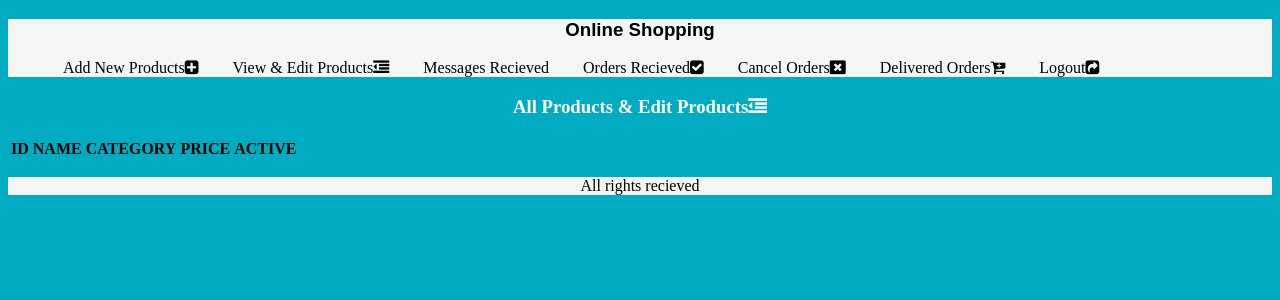
Repository: NidhiDaniel/E-Cart
Page: http://localhost/Online-Shopping-Cart/admin/product-view.jsp
These files come from the project's save history. The page is drawn as it stood at one moment and after the next save; the edit follows.
The browser window is 1280 px wide. The pictures show the whole page.
Some icons come from a web library that is not loaded, so they are not drawn. The page is served by Tomcat 9. Queries for data that is not in the repository find no rows.

Above is the page before, as saved 2024-01-06 04:47:36.

### Online-Shopping-Cart/src/main/webapp/admin/product-view.jsp
<%@page import="com.db.connection.DAOConnection"%>
<%@page import="java.sql.*"%>
<%@ page language="java" contentType="text/html; charset=ISO-8859-1"
	pageEncoding="ISO-8859-1"%>
<%@include file="adminheader.jsp"%>
<!DOCTYPE html>
<html>
<head>
<meta charset="ISO-8859-1">
<title>Insert title here</title>
</head>
<body>

	<h3 style="color: white; text-align: center;">All Products & Edit
		Products<i class="fa fa-outdent"></i></h3>
	<table>
		<tr>
			<th>ID</th>
			<th>NAME</th>
			<th>CATEGORY</th>
			<th>PRICE</th>
			<th>ACTIVE</th>
		</tr>
		<%
	try {
		String id = request.getParameter("id");
		Connection con = DAOConnection.getConnection();
		Statement stmt = con.createStatement();
		ResultSet rs = stmt.executeQuery("select * from product where id=" + id);
		while(rs.next()){%>
		<tr>
			<td><% rs.getInt(1);%></td>
			<td><% rs.getString(2);%></td>
			<td><% rs.getString(3);%></td>
			<td><% rs.getDouble(4);%></td>
			<td><% rs.getString(5);%></td>
		</tr>
		<%}
	} catch (Exception e) {

	}
	%>
	</table>

</body>
<%@include file="../footer.jsp"%>
</html>

### Online-Shopping-Cart/src/main/webapp/admin/adminheader.jsp
<%@ page language="java" contentType="text/html; charset=ISO-8859-1"
	pageEncoding="ISO-8859-1"%>
<!DOCTYPE html>
<html>
<head>
<meta charset="ISO-8859-1">
<title>Insert title here</title>
<link rel="stylesheet" type="text/css" href="../css/header.css">
<link rel="stylesheet" href="https://cdnjs.cloudflare.com/ajax/libs/font-awesome/4.7.0/css/font-awesome.min.css">
<script src="https://kit/fontawesome.com/a076d05399.js"></script>
</head>
<body>
	<div class="header sticky">
	   <h3>Online Shopping</h3>
		<ul>
			<li><a href="addproduct.jsp"> Add New Products<i class="fa fa-plus-square"></i></a></li>
			<li><a href="product-view.jsp"> View & Edit Products<i class="fa fa-outdent"></i></a></li>
			<li><a href="#"> Messages Recieved<i class="fa fa-comment-alt"></i></a></li>
			<li><a href="#"> Orders Recieved<i class="fa fa-check-square"></i></a></li>
			<li><a href="#"> Cancel Orders<i class="fa fa-window-close"></i></a></li>
			<li><a href="#"> Delivered Orders<i class="fa fa-cart-plus"></i></a></li>
			<li><a href="#"> Logout<i class="fa fa-share-square"></i></a></li>
		</ul>

	</div>
</body>
</html>

### Online-Shopping-Cart/src/main/webapp/footer.jsp
<%@ page language="java" contentType="text/html; charset=ISO-8859-1"
    pageEncoding="ISO-8859-1"%>
<!DOCTYPE html>
<html>
<head>
<meta charset="ISO-8859-1">
<title>Insert title here</title>
<link rel="stylesheet" type="text/css" href="../css/footer.css">
</head>
<body>
<div class="footer">
<p>All rights recieved</p>
</div>
</body>
</html>

### Online-Shopping-Cart/src/main/java/com/db/connection/DAOConnection.java
package com.db.connection;

import java.sql.Connection;
import java.sql.DriverManager;

import com.mysql.cj.jdbc.Driver;

public class DAOConnection {


public static Connection getConnection() {
	 Connection con=null;
	   try {
		DriverManager.registerDriver(new Driver());
        con=DriverManager.getConnection("jdbc:mysql://localhost:3306/online_cart","root","admin");
	} catch (Exception e) {
		e.printStackTrace();
	}
	return con;
   }
}

### Online-Shopping-Cart/src/main/webapp/css/header.css
@charset "ISO-8859-1";
body{
	background: #00ACC1;
}
.header{
	width: auto;
	height:auto;
	background: #f5f5f5;
}
.header ul li{
	list-style: none;
	display: inline-block;

}
.header h3{
	text-align: center;
	font-family: sans-serif;
	font-weight: 900;
}
.header ul li a{
	margin: 15px;
    text-decoration: none;
    color: black;
    font-weight: 500;
}

### Online-Shopping-Cart/src/main/webapp/css/footer.css
@charset "ISO-8859-1";
.footer{
	background: #f5f5f5;
}
.footer p{
text-align: center;
}

After the next save:
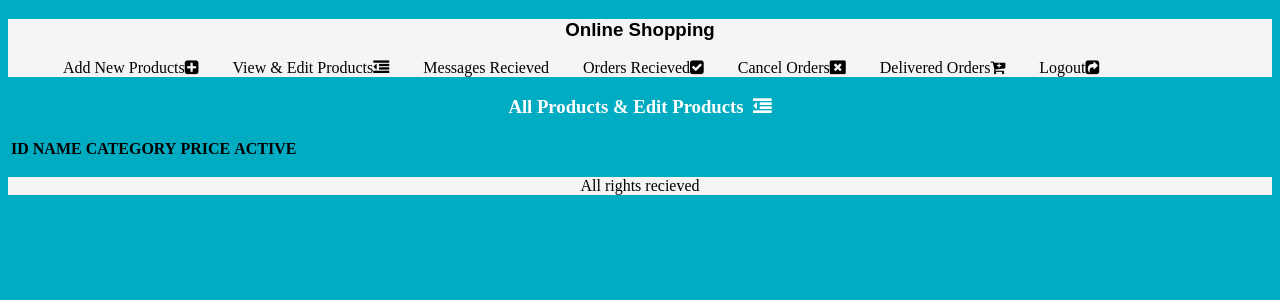
Saved 48 s later.
--- a/Online-Shopping-Cart/src/main/webapp/admin/product-view.jsp
+++ b/Online-Shopping-Cart/src/main/webapp/admin/product-view.jsp
@@ -12,7 +12,7 @@
 <body>
 
 	<h3 style="color: white; text-align: center;">All Products & Edit
-		Products<i class="fa fa-outdent"></i></h3>
+		Products &nbsp;<i class="fa fa-outdent"></i></h3>
 	<table>
 		<tr>
 			<th>ID</th>
